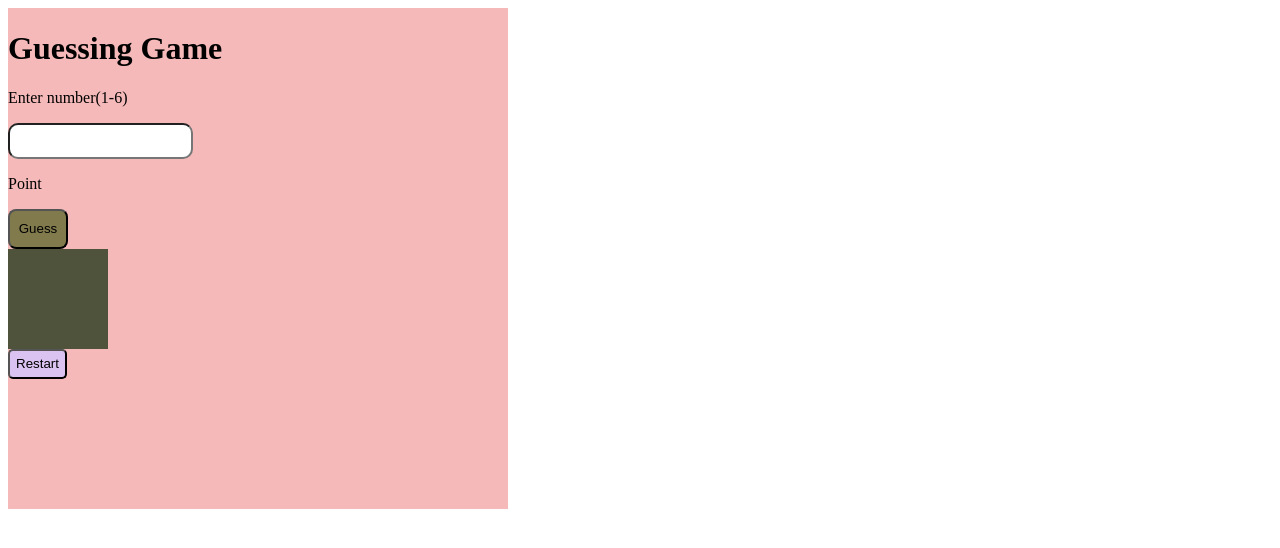
Repository: AniAntonyan/GuessingGame
Page: index.html
These files come from the project's save history. The page is drawn as it stood at one moment and after a run of saves; the edit follows.
The browser window is 1280 px wide. The pictures show the whole page.

Above is the page before, as saved 2022-02-27 17:27:42.

After the next 2 saves:
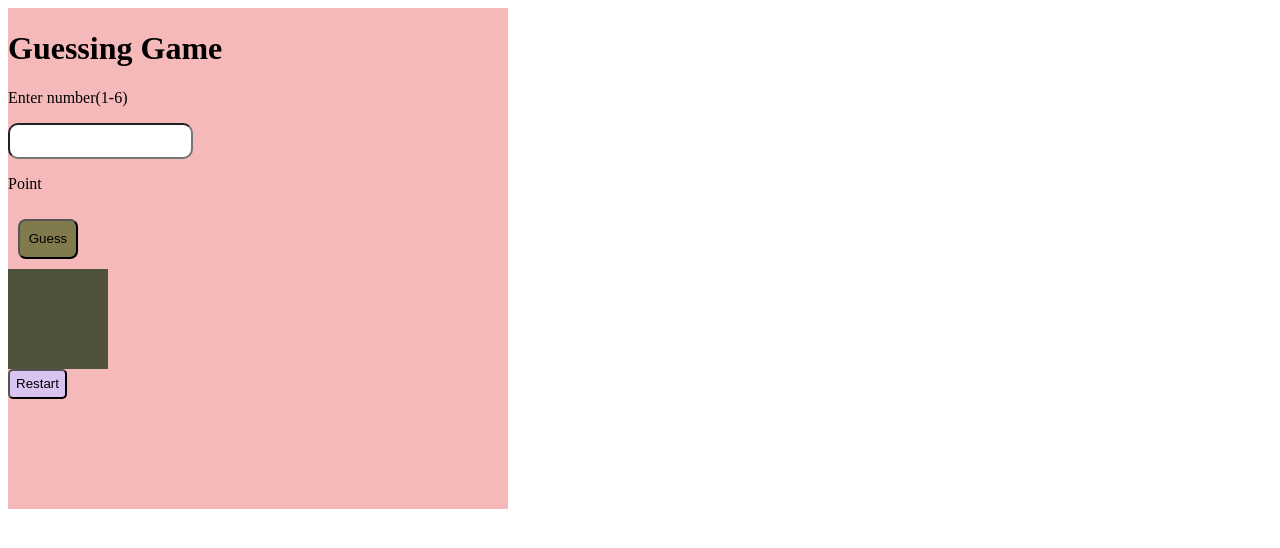
The 2 saves are shown as one change because they came seconds apart.
The last was saved 6 s later.
--- a/style.css
+++ b/style.css
@@ -15,7 +15,7 @@
     width: 60px;
     border-radius: 8px;
     background-color: rgb(128, 122, 76);
-    margin: ;
+    margin: 10px;
 }
 
 .table{

After the save that followed:
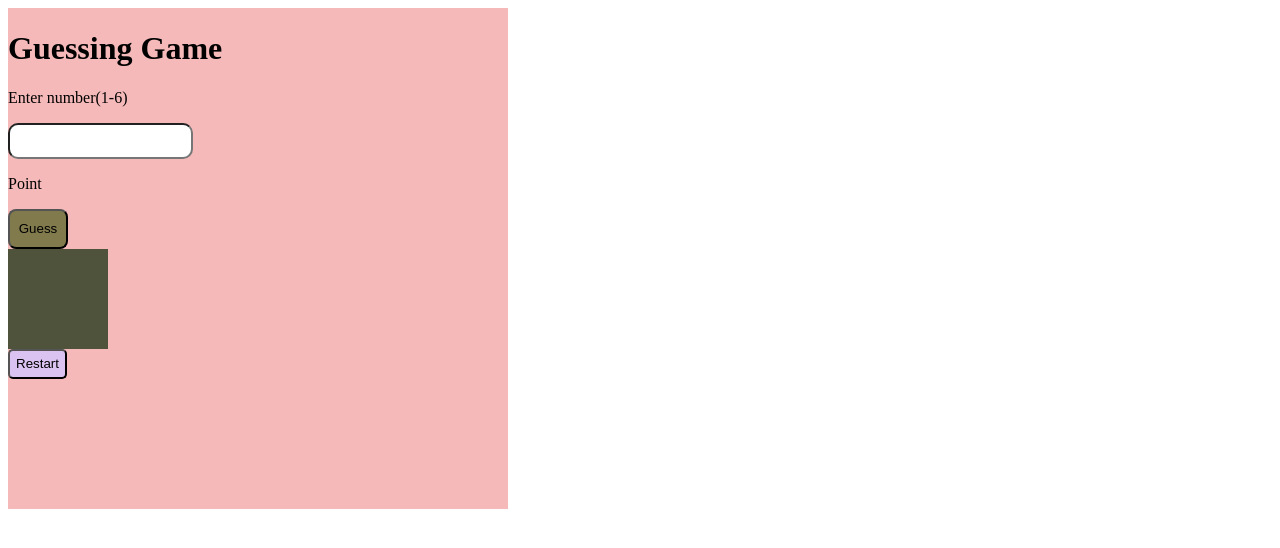
Saved 20 s later.
--- a/style.css
+++ b/style.css
@@ -15,7 +15,7 @@
     width: 60px;
     border-radius: 8px;
     background-color: rgb(128, 122, 76);
-    margin: 10px;
+
 }
 
 .table{
